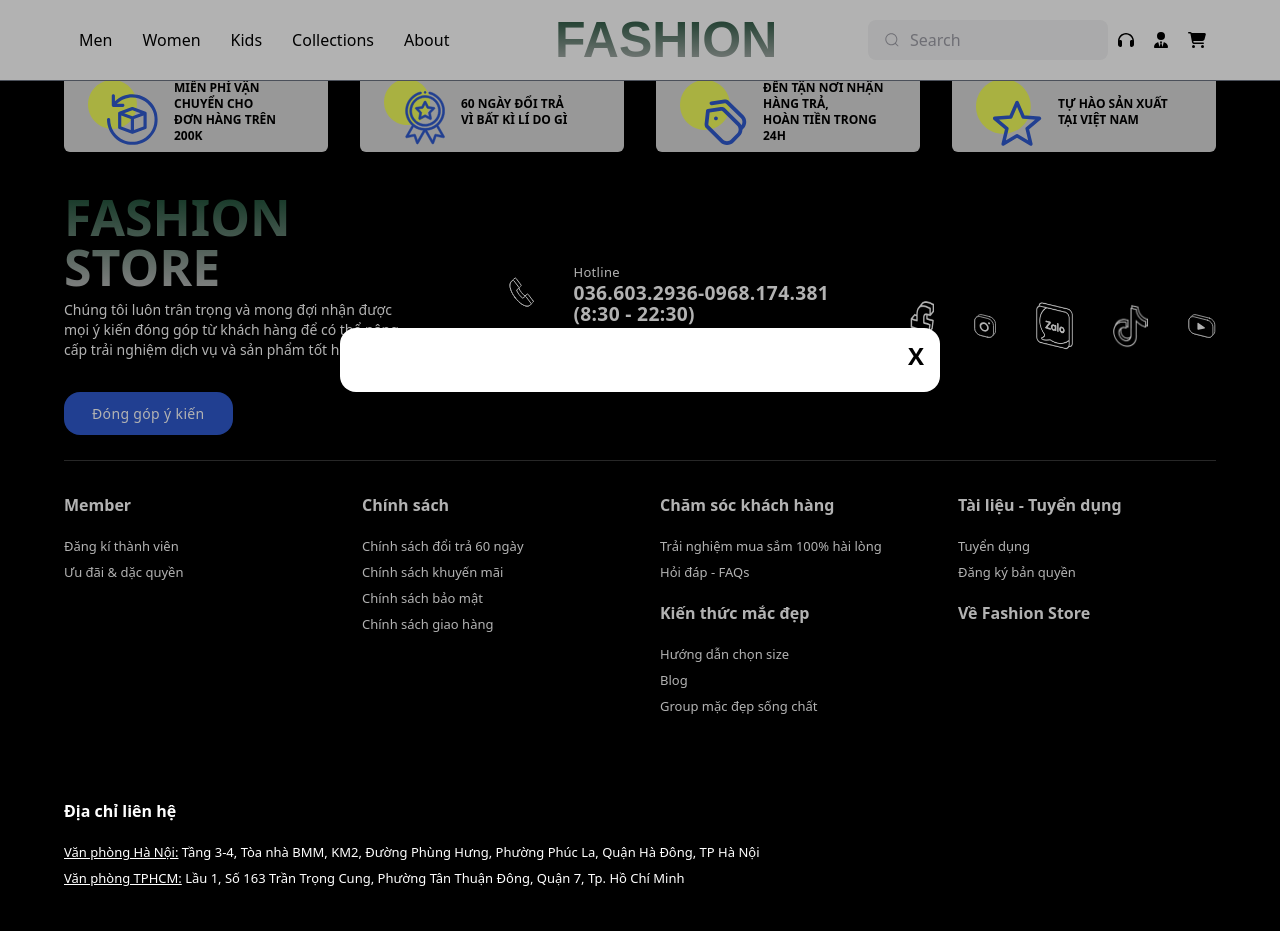
Repository: VuSnow/Software_Engineering
Page: /forgorPassword
An editor plug-in stored every save of this project. The page is shown before and after the next save, followed by the edit.
The browser window is 1280 px wide. The pictures show the whole page.
The project was rebuilt for these pictures with package versions that can differ from the ones it lists, and the page was loaded fresh each time. The framework's server and built-in components were replaced by stand-ins that run in the browser. Also part of the build but not shown: next.config.js, src/components/cart/CartItem/CartItem.tsx, src/components/cart/Cart.tsx, src/app/Login/page.tsx, src/app/register/page.tsx.

Above is the page before, as saved 2023-06-26 16:06:50.

### src/app/layout.tsx
"use client";
import Header from "@/components/header/Header";
import "./globals.css";
import { Inter } from "next/font/google";
import Footer from "@/components/footer/Footer";

const inter = Inter({ subsets: ["latin"] });

export const metadata = {
  title: "Create Next App",
  description: "Generated by create next app",
};
export default function RootLayout({
  children,
}: {
  children: React.ReactNode;
}) {
  return (
    <html lang="en">
      <body>
        <Header />
        {children}
        <Footer />
      </body>
    </html>
  );
}

### src/app/forgorPassword/page.tsx
import React, { useState } from "react";
import Link from "next/link";
import Image from "next/image";
import facebookIcon from "@/app/Login/facebook.svg";
import googleIcon from "@/app/Login/google.svg";

interface ForgotModal {
  setShowForgotPassword: (value: boolean) => void;
}

const ForgotPassword = ({ setShowForgotPassword }: ForgotModal) => {
  return (
    <div className="loginModal fixed w-full h-full top-0 left-0 z-[150]">
      <div className="backdrop w-full h-full bg-[rgba(0,0,0,.3)]"></div>
      <div
        className="pop-up-body absolute top-1/2 left-1/2 w-[50vw] max-w-[600px] bg-white p-8 rounded-2xl max-h-[95vh] overflow-y-auto overflow-x-hidden"
        style={{ transform: "translate(-50%, -50%)" }}
      >
        <span
          className="close-popup cursor-pointer absolute top-3 right-4 text-2xl font-bold"
          onClick={() => setShowForgotPassword(false)}
        >
          X
        </span>
      </div>
    </div>
  );
};

export default ForgotPassword;

### src/components/header/Header.tsx
import React, { useState, useEffect, useContext } from "react";
import { FontAwesomeIcon } from "@fortawesome/react-fontawesome";
import {
  faBars,
  faHeadphones,
  faUserTie,
  faCartShopping,
  faXmark,
  faPlus,
  faMinus,
} from "@fortawesome/free-solid-svg-icons";
import Cart from "../cart/Cart";
import Login from "@/app/Login/page";
import Register from "@/app/register/page";
import ForgotPassword from "@/app/forgorPassword/page";
const Header = () => {
  const [showLoginModal, setShowLoginModal] = useState<Boolean>(false);
  const [showRegisterModal, setShowRegisterModal] = useState<Boolean>(false);
  const [showForgotPassword, setShowForgotPassword] = useState<Boolean>(false);
  const [classNav, setClassNav] = useState<String>(
    "opacity-0 invisible -left-full"
  );
  const [showCart, setShowCart] = useState(false);
  const showNav = () => {
    setClassNav("opacity-1 visible left-0");
  };
  const closeNav = () => {
    setClassNav("opacity-0 invisible -left-full");
  };
  return (
    <>
      {showLoginModal ? (
        <Login
          setShowLoginModal={setShowLoginModal}
          setShowRegisterModal={setShowRegisterModal}
          setShowForgotPassword={setShowForgotPassword}
        />
      ) : null}
      {showRegisterModal ? (
        <Register
          setShowRegisterModal={setShowRegisterModal}
          setShowLoginModal={setShowLoginModal}
        />
      ) : null}
      {showForgotPassword ? (
        <ForgotPassword setShowForgotPassword={setShowForgotPassword} />
      ) : null}
      <header className="text-black mb-4 fixed block top-0 left-0 right-0 bg-white w-full border-b border-gray-500 z-[99] px-[5%]">
        <div className="flex tablet: justify-between h-20 items-center mr-auto ml-auto max-w-full">
          <nav className="main-menu">
            <div className="mobile-menu cursor-pointer max-tablet:block hidden">
              <FontAwesomeIcon icon={faBars} size="2xl" onClick={showNav} />
            </div>
            <ul className="menu max-tablet:hidden flex">
              <li className="p-[15px] cursor-pointer">Men</li>
              <li className="p-[15px] cursor-pointer">Women</li>
              <li className="p-[15px] cursor-pointer">Kids</li>
              <li className="p-[15px] cursor-pointer">Collections</li>
              <li className="p-[15px] cursor-pointer">About</li>
            </ul>
            <div
              className={`sub-mobile-menu fixed top-0 right-0 bottom-[45px] bg-white z-[1000] pt-16 pr-4 pb-0 pl-4 ${classNav} overflow-y-auto`}
            >
              <div className="box-action bg-[#343a40] flex items-center justify-center rounded-tl-xl h-12 rounded-br-xl mb-[30px]">
                <a
                  href="#"
                  className="action-login text-white text-center text-[18px]"
                >
                  Đăng nhập
                </a>
              </div>
              <ul className="menu-mb">
                <li className="mb-[30px] pr-2 flex justify-between">
                  <a href="#">Men </a>
                  <span className="arrow">
                    <FontAwesomeIcon icon={faPlus} />
                    <FontAwesomeIcon icon={faMinus} className="hidden" />
                  </span>
                </li>
                <li className="mb-[30px] pr-2 flex justify-between">
                  <a href="#">Women </a>
                  <span className="arrow">
                    <FontAwesomeIcon icon={faPlus} />
                    <FontAwesomeIcon icon={faMinus} className="hidden" />
                  </span>
                </li>
                <li className="mb-[30px] pr-2 flex justify-between">
                  <a href="#">Kids </a>
                  <span className="arrow">
                    <FontAwesomeIcon icon={faPlus} />
                    <FontAwesomeIcon icon={faMinus} className="hidden" />
                  </span>
                </li>
                <li className="mb-[30px] pr-2 flex justify-between">
                  <a href="#">Collections </a>
                  <span className="arrow">
                    <FontAwesomeIcon icon={faPlus} />
                    <FontAwesomeIcon icon={faMinus} className="hidden" />
                  </span>
                </li>
                <li className="mb-[30px] pr-2 flex justify-between">
                  <a href="#">About </a>
                  <span className="arrow">
                    <FontAwesomeIcon icon={faPlus} />
                    <FontAwesomeIcon icon={faMinus} className="hidden" />
                  </span>
                </li>
              </ul>
              <div className="close-menu absolute top-[25px] left-[25px] text-[24px] text-black">
                <FontAwesomeIcon icon={faXmark} onClick={closeNav} />
              </div>
            </div>
          </nav>
          <div className="logo-brand">
            <a
              href="/"
              className="font-bold font-kumbhsan"
              style={{
                fontSize: "50px",
                background: "linear-gradient(to bottom, #194c33, #bbb)",
                WebkitBackgroundClip: "text",
                WebkitTextFillColor: "transparent",
                textTransform: "uppercase",
              }}
            >
              Fashion
            </a>
          </div>
          <div className="right-header flex">
            <form
              action="search"
              name="form-search"
              className="flex leading-7 items-center relative max-w-[240px] max-mobile:hidden"
            >
              <svg
                className="icon absolute left-4 fill-[#9e9ea7] w-4 h-4"
                aria-hidden="true"
                viewBox="0 0 24 24"
              >
                <g>
                  <path d="M21.53 20.47l-3.66-3.66C19.195 15.24 20 13.214 20 11c0-4.97-4.03-9-9-9s-9 4.03-9 9 4.03 9 9 9c2.215 0 4.24-.804 5.808-2.13l3.66 3.66c.147.146.34.22.53.22s.385-.073.53-.22c.295-.293.295-.767.002-1.06zM3.5 11c0-4.135 3.365-7.5 7.5-7.5s7.5 3.365 7.5 7.5-3.365 7.5-7.5 7.5-7.5-3.365-7.5-7.5z"></path>
                </g>
              </svg>
              <input
                type="text"
                placeholder="Search"
                className=" w-full h-[40px] leading-7 p-0 pl-10 pr-4 border-2 border-solid border-transparent rounded-lg outline-none bg-[#f3f3f4] text-[#0d0c22] transition-all placeholder:text-[#9e9ea7] focus:outline-none focus:border-[rgba(234,76,137,0.4)] focus:bg-white focus:shadow-md"
              />
            </form>
            <div className="header-action flex">
              <div className="item wallet m-[10px] max-mobile:hidden cursor-pointer">
                <FontAwesomeIcon icon={faHeadphones} />
              </div>
              <div
                className="item person m-[10px] cursor-pointer"
                onClick={() => setShowLoginModal(!showLoginModal)}
              >
                <FontAwesomeIcon icon={faUserTie} />
              </div>
              <div
                className="item cart m-[10px] cursor-pointer"
                onClick={() => setShowCart(true)}
              >
                <FontAwesomeIcon icon={faCartShopping} />
              </div>
            </div>
          </div>
        </div>
      </header>
      {showCart && <Cart setShowCart={setShowCart} />}
    </>
  );
};

export default Header;

### src/app/globals.css
@tailwind base;
@tailwind components;
@tailwind utilities;

:root {
  --foreground-rgb: 0, 0, 0;
  --background-start-rgb: 214, 219, 220;
  --background-end-rgb: 255, 255, 255;
}

@media (prefers-color-scheme: dark) {
  :root {
    --foreground-rgb: 255, 255, 255;
    --background-start-rgb: 0, 0, 0;
    --background-end-rgb: 0, 0, 0;
  }
}
body {
  display: flex;
  flex-direction: column;
  justify-content: space-between;
}

### src/components/footer/Footer.tsx
import React from "react";
import logo from "./logo.png";
import Image from "next/image";
import Link from "next/link";
import dmca from "./dmca.png";
import congthuong from "./img-congthuong.png";
import hotlineIcon from "./icon-hotline.svg";
import emailIcon from "./icon-email.svg";
import facebookIcon from "./facebook.webp";
import zaloIcon from "./zalo.webp";
import instaIcon from "./icon-instar.svg";
import youtubeIcon from "./icon-youtube.svg";
import tiktokIcon from "./tiktok.webp";
import HomepageService from "../HomepageService/HomepageService";

const Footer = () => {
  return (
    <footer className="text-white flex justify-center items-center bg-black px-[5%] leading-[160%] mt-8">
      <div className="container-footer w-full">
        <HomepageService />
        <div className="footer-top text-sm">
          <div className="top-sidebar flex justify-between items-center gap-[8%] mb-8 w-full border-b border-[#d9d9d942] desktop:flex-col desktop:items-start">
            <div className="flex-[1]">
              <h4
                className=" font-semibold text-[22px] mb-2 text-[#fff] leading-[100%]"
                style={{
                  fontSize: "50px",
                  background: "linear-gradient(to bottom, #194c33, #bbb)",
                  WebkitBackgroundClip: "text",
                  WebkitTextFillColor: "transparent",
                  textTransform: "uppercase",
                }}
              >
                Fashion Store
              </h4>
              <p className="description font-normal text-left mb-8">
                Chúng tôi luôn trân trọng và mong đợi nhận được mọi ý kiến đóng
                góp từ khách hàng để có thể nâng cấp trải nghiệm dịch vụ và sản
                phẩm tốt hơn nữa.
              </p>
              <Link
                href="#"
                target="_blank"
                className="support-btn inline-flex justify-center items-center h-[43px] bg-[#2f5acf] rounded-2xl py-0 px-7 font-medium tracking-wide mb-[25px] border-0"
              >
                Đóng góp ý kiến
              </Link>
            </div>
            <div className=" flex justify-between w-full flex-[2] items-center max-tablet:flex-col max-tablet:items-start max-tablet:gap-6 max-tablet:mb-8 gap-10">
              <div className="flex-[1]">
                <div className="hotline flex gap-8 items-center w-fit font-medium text-[13px] leading-[160%] tracking-wide mb-3 justify-start">
                  <div className="icon h-8 w-8">
                    <Image src={hotlineIcon} alt="Hotline Icon" />
                  </div>
                  <div className="content">
                    <span>Hotline</span>
                    <p className="description block text-[1.2rem] font-semibold">
                      <Link href="tel: 0366032936">036.603.2936</Link>-
                      <Link href="tel: 0968174381">0968.174.381</Link>
                      <br />
                      <span>(8:30 - 22:30)</span>
                    </p>
                  </div>
                </div>
                <div className="email flex gap-8 items-center font-medium text-[13px] leading-[160%] tracking-wide mb-3 justify-start">
                  <div className="icon h-8 w-8">
                    <Image src={emailIcon} alt="Email Icon" />
                  </div>
                  <div className="content ">
                    <span>Email</span>
                    <p className=" text-[1.2rem] font-semibold">
                      <Link href="mailto: vm.dung.learning@gmail.com">
                        vm.dung.learning@gmail.com
                      </Link>
                    </p>
                  </div>
                </div>
              </div>
              <div className="social mt-0 h-[130px] flex justify-end items-center flex-[1] gap-10">
                <Link
                  href="https://www.facebook.com/dung.vuminh.315080/"
                  className="flex justify-center items-center"
                  target="_blank"
                >
                  <Image
                    src={facebookIcon}
                    alt=""
                    className=" max-h-[100px] w-full min-h-[50px]"
                  />
                </Link>
                <Link
                  href="https://www.instagram.com/v.m.dung.36/"
                  className="flex justify-center items-center"
                  target="_blank"
                >
                  <Image
                    src={instaIcon}
                    alt=""
                    className=" max-h-[100px] w-full min-h-[50px]"
                  />
                </Link>
                <Link
                  href="https://zalo.me/0366032936"
                  className="flex justify-center items-center"
                  target="_blank"
                >
                  <Image
                    src={zaloIcon}
                    alt=""
                    className=" max-h-[100px] w-full min-h-[50px]"
                  />
                </Link>
                <Link
                  href="https://www.instagram.com/v.m.dung.36/"
                  className="flex justify-center items-center"
                  target="_blank"
                >
                  <Image
                    src={tiktokIcon}
                    alt=""
                    className=" max-h-[100px] w-full min-h-[50px]"
                  />
                </Link>
                <Link
                  href="https://www.instagram.com/v.m.dung.36/"
                  className="flex justify-center items-center"
                  target="_blank"
                >
                  <Image
                    src={youtubeIcon}
                    alt=""
                    className=" max-h-[100px] w-full min-h-[50px]"
                  />
                </Link>
              </div>
            </div>
          </div>
          <div className="top-menu"></div>
        </div>
        <div className="footer-bottom">
          <div className="footer-menu flex justify-between flex-wrap gap-10">
            <div className="footer-item flex-[1] text-[13px] leading-[200%] text-[d9d9d9] min-w-[200px] mb-10">
              <h4 className="text-[#fff] font-semibold mb-4 mt-0 text-base">
                Member
              </h4>
              <ul>
                <li>Đăng kí thành viên</li>
                <li>Ưu đãi & dặc quyền</li>
              </ul>
            </div>
            <div className="footer-item flex-[1] text-[13px] leading-[200%] text-[d9d9d9] min-w-[200px] mb-10">
              <h4 className="text-[#fff] font-semibold mb-4 mt-0 text-base">
                Chính sách
              </h4>
              <ul>
                <li>Chính sách đổi trả 60 ngày</li>
                <li>Chính sách khuyến mãi</li>
                <li>Chính sách bảo mật</li>
                <li>Chính sách giao hàng</li>
              </ul>
            </div>
            <div className="footer-item flex-[1] text-[13px] leading-[200%] text-[d9d9d9] min-w-[200px] mb-10">
              <h4 className="text-[#fff] font-semibold mb-4 mt-0 text-base">
                Chăm sóc khách hàng
              </h4>
              <ul>
                <li>Trải nghiệm mua sắm 100% hài lòng</li>
                <li>Hỏi đáp - FAQs</li>
              </ul>
              <h4 className="text-[#fff] font-semibold mb-4 text-base mt-4">
                Kiến thức mắc đẹp
              </h4>
              <ul>
                <li>Hướng dẫn chọn size</li>
                <li>Blog</li>
                <li>Group mặc đẹp sống chất</li>
              </ul>
            </div>
            <div className="footer-item flex-[1] text-[13px] leading-[200%] text-[d9d9d9] min-w-[200px] mb-10">
              <h4 className="text-[#fff] font-semibold mb-4 mt-0 text-base">
                Tài liệu - Tuyển dụng
              </h4>
              <ul>
                <li>Tuyển dụng</li>
                <li>Đăng ký bản quyền</li>
              </ul>
              <h4 className="text-[#fff] font-semibold mb-4 text-base mt-4">
                Về Fashion Store
              </h4>
            </div>
            <div className="footer-item flex-[1] text-[13px] leading-[200%] text-[d9d9d9] min-w-[200px] mb-10">
              <h4 className="text-[#fff] font-semibold mb-4 mt-0 text-base">
                Địa chỉ liên hệ
              </h4>
              <p>
                <u>Văn phòng Hà Nội:</u> Tầng 3-4, Tòa nhà BMM, KM2, Đường Phùng
                Hưng, Phường Phúc La, Quận Hà Đông, TP Hà Nội
              </p>
              <p>
                <u>Văn phòng TPHCM:</u> Lầu 1, Số 163 Trần Trọng Cung, Phường
                Tân Thuận Đông, Quận 7, Tp. Hồ Chí Minh
              </p>
            </div>
          </div>
        </div>
      </div>
    </footer>
  );
};

export default Footer;

Loaded but not shown: tailwind.config.js (39 lines, source omitted); src/components/HomepageService/HomepageService.tsx (143 lines, source omitted)

After the next save:
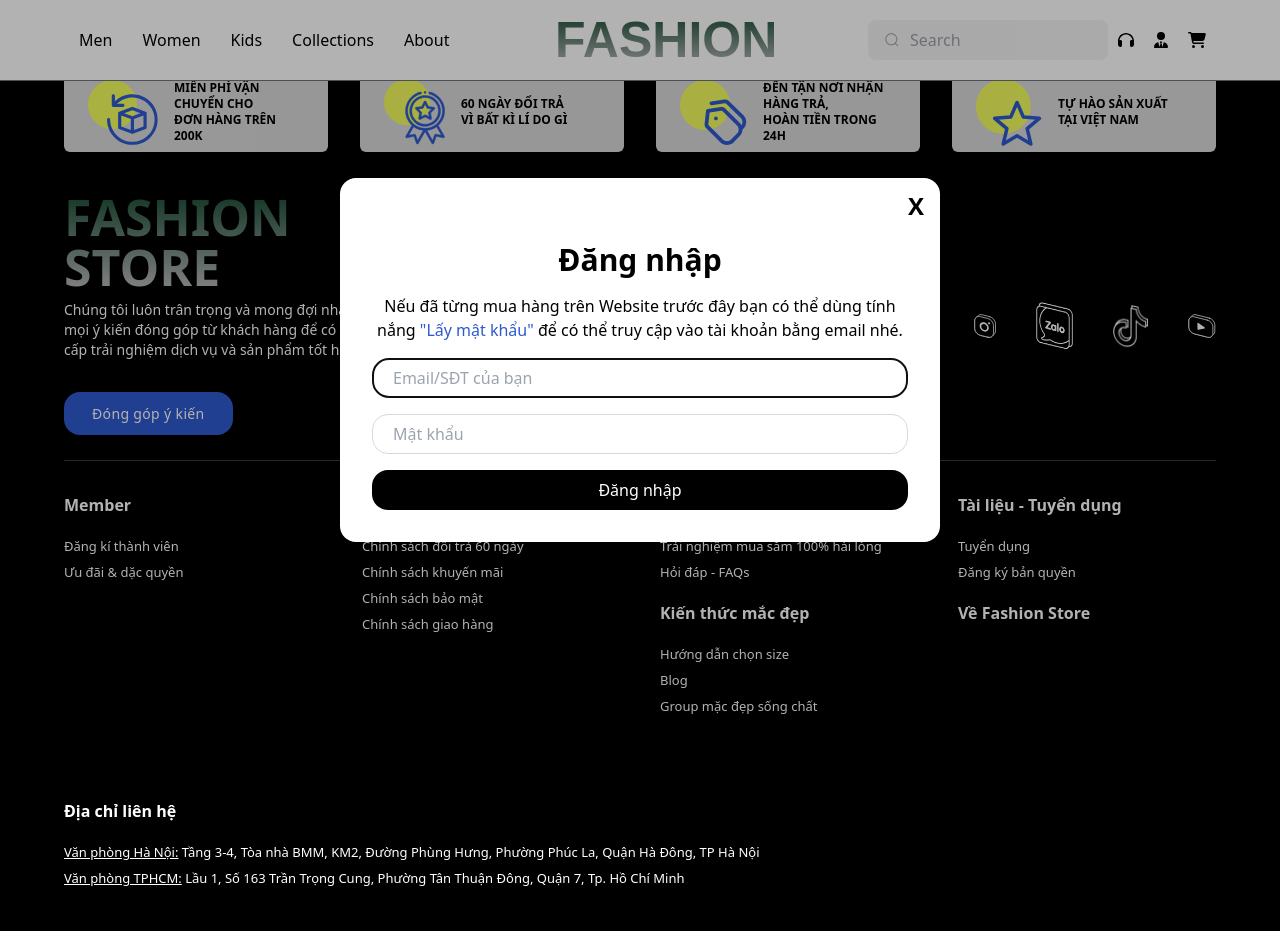
Saved 82 s later.
--- a/src/app/forgorPassword/page.tsx
+++ b/src/app/forgorPassword/page.tsx
@@ -22,6 +22,48 @@
         >
           X
         </span>
+        <div>
+          <div className="form-container">
+            <form id="login-form">
+              <div className="login-heading mb-4 text-center">
+                <div className="title text-3xl font-bold mx-0 mb-4 mt-8">
+                  Đăng nhập
+                </div>
+                <div className="subtitle">
+                  Nếu đã từng mua hàng trên Website trước đây bạn có thể dùng
+                  tính nắng{" "}
+                  <Link
+                    href="/"
+                    className="text-[#2f5acf] cursor-pointer duration-200 delay-0 transition-all ease-in-out"
+                  >
+                    "Lấy mật khẩu"
+                  </Link>{" "}
+                  để có thể truy cập vào tài khoản bằng email nhé.
+                </div>
+              </div>
+              <div className="form-group mb-4">
+                <input
+                  type="text"
+                  name="email"
+                  placeholder="Email/SĐT của bạn"
+                  autoFocus
+                  className="form-control bg-white border border-solid border-[#d9d9d9] box-border rounded-2xl h-10 w-full py-[5px] px-5 transition-all delay-0 duration-200 ease-in-out"
+                />
+              </div>
+              <div className="form-group">
+                <input
+                  type="password"
+                  name="password"
+                  placeholder="Mật khẩu"
+                  className="form-control bg-white border border-solid border-[#d9d9d9] box-border rounded-2xl h-10 w-full py-[5px] px-5 transition-all delay-0 duration-200 ease-in-out"
+                />
+              </div>
+              <button className="login-btn block rounded-2xl h-10 w-full py-[5px] px-5 bg-black text-white text-center border-0 cursor-pointer transition-all delay-0 duration-200 ease-in-out mt-4">
+                Đăng nhập
+              </button>
+            </form>
+          </div>
+        </div>
       </div>
     </div>
   );
